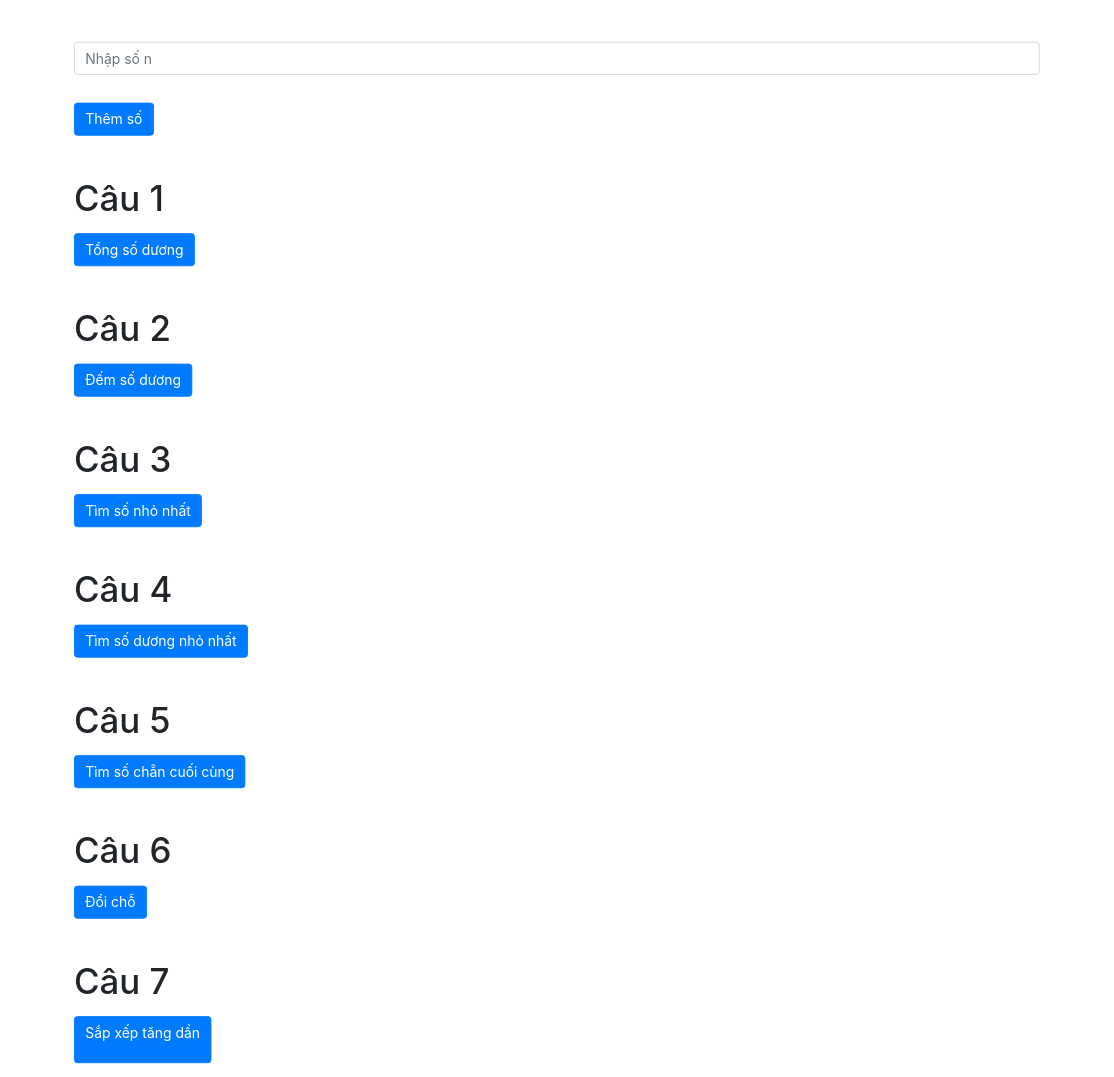
Repository: thanhfrankie/BC10-LeMinhThanh-Js-b7-8
Page: index.html
The author's editor kept a copy of each file at every save. The page is drawn from the files as they stood at one save, then again after a run of saves.
The browser window is 1280 px wide. The pictures show the whole page, at 87% of full size.

Above is the page before, as saved 2023-12-27 22:54:02.

After the next 2 saves:
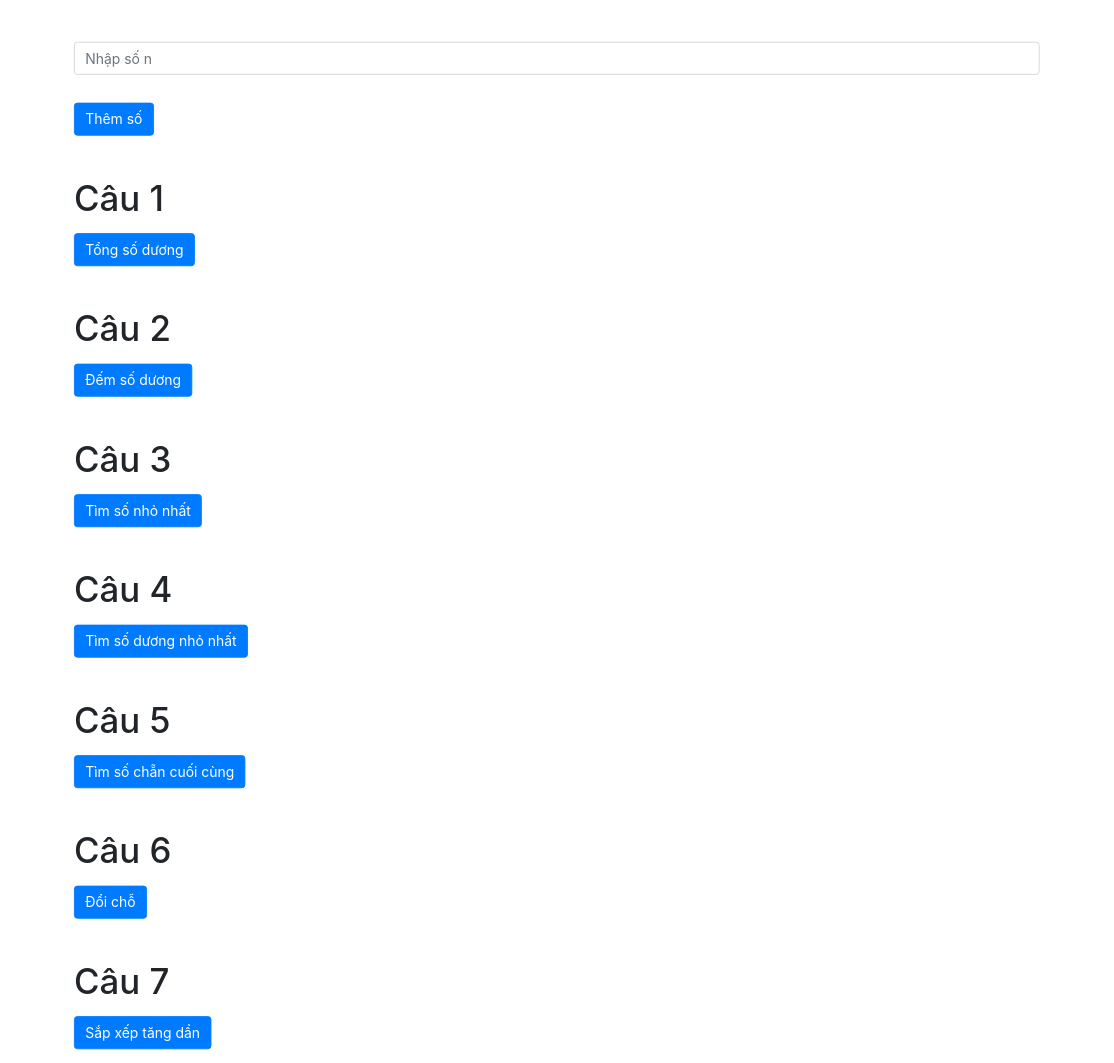
The 2 saves are shown as one change because they came seconds apart.
The last was saved 27 s later.
--- a/index.html
+++ b/index.html
@@ -138,7 +138,9 @@
       <p class="mt-3">
           <button class="btn btn-primary" type="button" data-toggle="collapse" data-target="#cau7" aria-expanded="false"
                   aria-controls="contentId">
-                  Sắp xếp tăng dần </p>
+                  Sắp xếp tăng dần
+                </button>
+                </p>
         <div class="collapse" id="cau7">
 
           <div class="btn btn-danger" onclick="sapXepTangDan()"> Sắp xếp</div>
